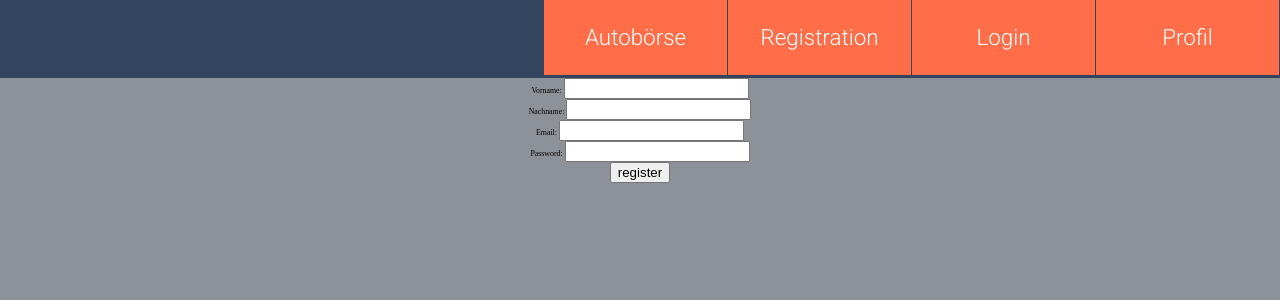
Repository: Turkelten/CarAdminstration
Page: http://localhost/Autobörse/registration.html
These files come from the project's save history. The page is drawn as it stood at one moment and after the next save; the edit follows.
The browser window is 1280 px wide. The pictures show the whole page.
The page is served by Tomcat 9.

Above is the page before, as saved 2020-07-18 17:56:00.

After the next save:
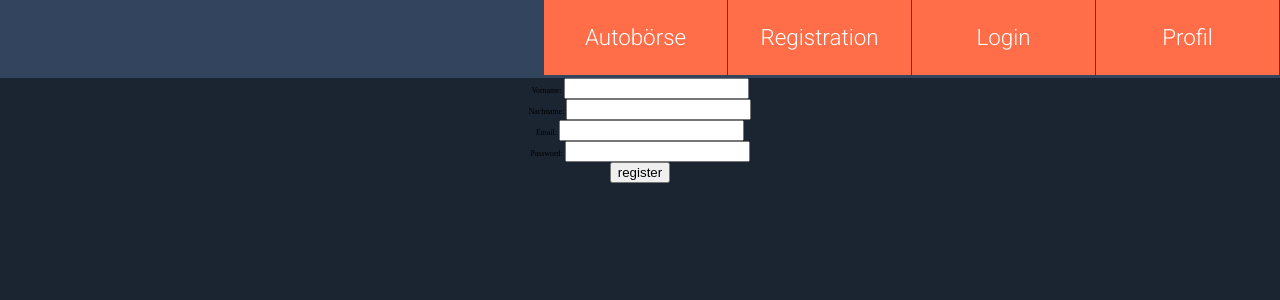
Saved 2 min 42 s later.
--- a/Autobörse/WebContent/style.css
+++ b/Autobörse/WebContent/style.css
@@ -210,7 +210,6 @@ header nav#mobile ul li:hover > ul {
 
     width: 100%;
     height: 100%;
-    background:rgba(255,255,255,0.5);
 }
 
 .registration {
